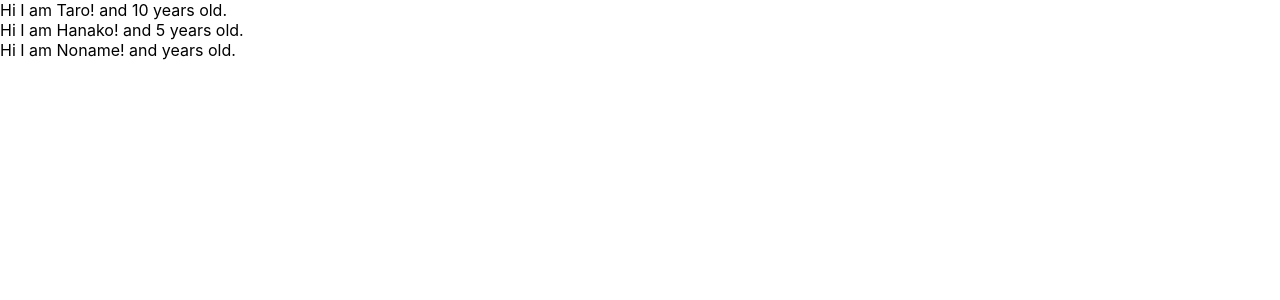
Repository: hira837/my-first-react-app
Page: /
An editor plug-in stored every save of this project. The page is shown before and after the next save, followed by the edit.
The browser window is 1280 px wide. The pictures show the whole page.
The project was rebuilt for these pictures with package versions that can differ from the ones it lists, and the page was loaded fresh each time.

Above is the page before, as saved 2019-12-07 18:03:37.

After the next save:
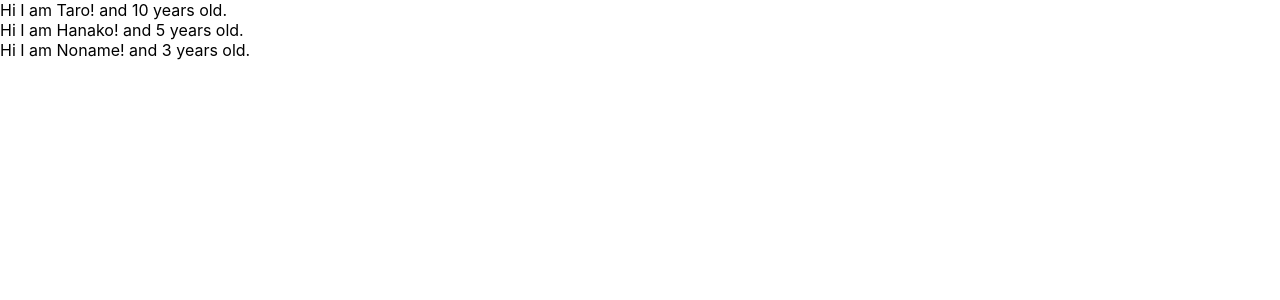
Saved 55 s later.
--- a/src/App.js
+++ b/src/App.js
@@ -29,7 +29,7 @@ const App = ()=> {
 	const profiles = [
 		{ name: "Taro", age: 10 },
 		{ name: "Hanako", age: 5 },
-		{ name: "Noname" }
+		{ name: "Noname", age: 3 }
 	]
 
 	return (
